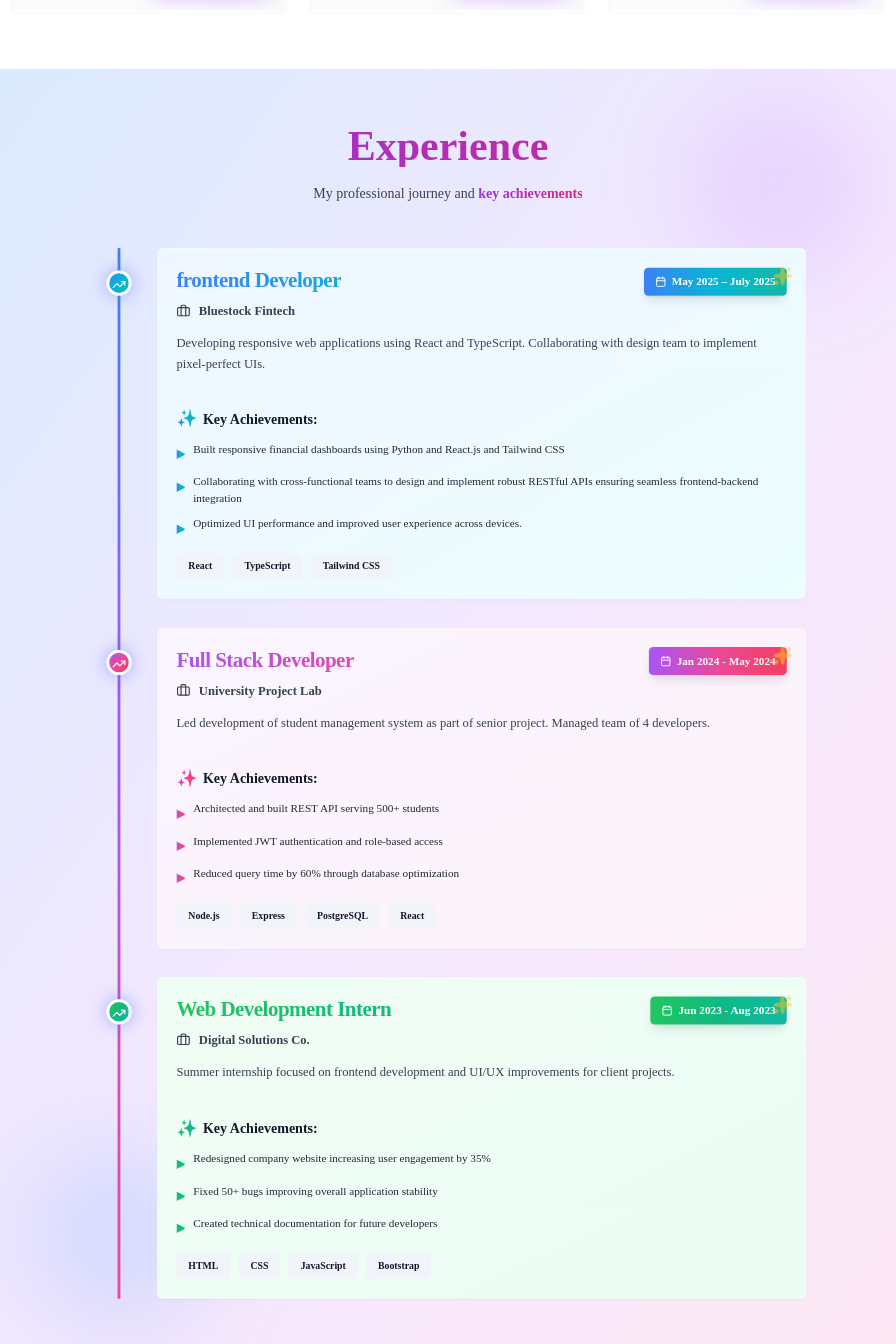
Repository: sm6746/PORTFOLIO
Page: /
The author's editor kept a copy of each file at every save. The page is drawn from the files as they stood at one save, then again after the next save.
The browser window is 1280 px wide. The pictures show the part of the page from y = 3888 to 5808 px (the page is 8311 px tall), at 70% of full size.
The project was rebuilt for these pictures with package versions that can differ from the ones it lists, and the page was loaded fresh each time. Also part of the build but not shown: vite.config.ts.

Above is the page before, as saved 2025-11-07 07:49:31.

### index.html
<!DOCTYPE html>
<html lang="en">
  <head>
    <meta charset="UTF-8" />
    <link rel="icon" type="image/svg+xml" href="/favicon.svg" />
    <meta name="viewport" content="width=device-width, initial-scale=1.0" />
    <title>Portfolio</title>
  </head>
  <body>
    <div id="root"></div>
    <script type="module" src="/app/main.tsx"></script>
  </body>
</html>

### app/main.tsx
import React from 'react'
import ReactDOM from 'react-dom/client'
import App from './app'
import './globals.css'

ReactDOM.createRoot(document.getElementById('root')!).render(
  <React.StrictMode>
    <App />
  </React.StrictMode>,
)

### app/app.tsx
import { ThemeProvider } from '@/lib/theme-context';
import { Header } from '@/components/header';
import { HeroSection } from '@/components/hero-section';
import { AboutSection } from '@/components/about-section';
import { SkillsSection } from '@/components/skills-section';
import { ProjectsSection } from '@/components/projects-section';
import { ExperienceSection } from '@/components/experience-section';
import { CertificationsSection } from '@/components/certifications-section';
import { ContactSection } from '@/components/contact-section';
import { Footer } from '@/components/footer';
import { ScrollToTop } from '@/components/scroll-to-top';

function App() {
  return (
    <ThemeProvider>
      <div className="min-h-screen bg-white dark:bg-gray-900 transition-colors duration-300">
        <Header />
        <main>
          <HeroSection />
          <AboutSection />
          <SkillsSection />
          <ProjectsSection />
          <ExperienceSection />
          <CertificationsSection />
          <ContactSection />
        </main>
        <Footer />
        <ScrollToTop />
      </div>
    </ThemeProvider>
  );
}

export default App;

### lib/theme-context.tsx
import React, { createContext, useContext, useEffect, useState } from 'react';

type Theme = 'light' | 'dark';

type ThemeContextType = {
  theme: Theme;
  toggleTheme: () => void;
};

const ThemeContext = createContext<ThemeContextType | undefined>(undefined);

export function ThemeProvider({ children }: { children: React.ReactNode }) {
  const [theme, setTheme] = useState<Theme>(() => {
    const stored = localStorage.getItem('portfolio-theme');
    return (stored as Theme) || 'light';
  });

  useEffect(() => {
    localStorage.setItem('portfolio-theme', theme);
    document.documentElement.classList.toggle('dark', theme === 'dark');
  }, [theme]);

  const toggleTheme = () => {
    setTheme(prev => (prev === 'light' ? 'dark' : 'light'));
  };

  return (
    <ThemeContext.Provider value={{ theme, toggleTheme }}>
      {children}
    </ThemeContext.Provider>
  );
}

export function useTheme() {
  const context = useContext(ThemeContext);
  if (!context) {
    throw new Error('useTheme must be used within ThemeProvider');
  }
  return context;
}

### components/experience-section.tsx
import { Card, CardContent, CardHeader, CardTitle } from '@/components/ui/card';
import { Badge } from '@/components/ui/badge';
import { Briefcase, Calendar, Sparkles, TrendingUp } from 'lucide-react';
import { useScrollAnimation } from '@/hooks/use-scroll-animation';

export function ExperienceSection() {
  const { ref, isVisible } = useScrollAnimation();

  const experiences = [
    {
      title: 'frontend Developer ',
      company: 'Bluestock Fintech',
      period: 'May 2025 – July 2025',
      description: 'Developing responsive web applications using React and TypeScript. Collaborating with design team to implement pixel-perfect UIs.',
      achievements: [
        ' Built responsive financial dashboards using Python and React.js and Tailwind CSS',
        'Collaborating with cross-functional teams to design and implement robust RESTful APIs ensuring seamless frontend-backend integration',
        'Optimized UI performance and improved user experience across devices.',

      ],
      tags: ['React', 'TypeScript', 'Tailwind CSS'],
      gradient: 'from-blue-500 via-cyan-500 to-teal-500',
      bgGradient: 'from-blue-50 to-cyan-50 dark:from-blue-950/50 dark:to-cyan-950/50',
    },
    {
      title: 'Full Stack Developer',
      company: 'University Project Lab',
      period: 'Jan 2024 - May 2024',
      description: 'Led development of student management system as part of senior project. Managed team of 4 developers.',
      achievements: [
        'Architected and built REST API serving 500+ students',
        'Implemented JWT authentication and role-based access',
        'Reduced query time by 60% through database optimization',
      ],
      tags: ['Node.js', 'Express', 'PostgreSQL', 'React'],
      gradient: 'from-purple-500 via-pink-500 to-rose-500',
      bgGradient: 'from-purple-50 to-pink-50 dark:from-purple-950/50 dark:to-pink-950/50',
    },
    {
      title: 'Web Development Intern',
      company: 'Digital Solutions Co.',
      period: 'Jun 2023 - Aug 2023',
      description: 'Summer internship focused on frontend development and UI/UX improvements for client projects.',
      achievements: [
        'Redesigned company website increasing user engagement by 35%',
        'Fixed 50+ bugs improving overall application stability',
        'Created technical documentation for future developers',
      ],
      tags: ['HTML', 'CSS', 'JavaScript', 'Bootstrap'],
      gradient: 'from-green-500 via-emerald-500 to-teal-500',
      bgGradient: 'from-green-50 to-emerald-50 dark:from-green-950/50 dark:to-emerald-950/50',
    },
  ];

  return (
    <section
      id="experience"
      ref={ref as React.RefObject<HTMLElement>}
      className="py-20 bg-gradient-to-br from-blue-100 via-purple-100 to-pink-100 dark:from-gray-800 dark:via-purple-900/10 dark:to-blue-900/10 relative overflow-hidden"
    >
      <div className="absolute top-10 right-10 w-64 h-64 bg-purple-400/20 rounded-full blur-3xl"></div>
      <div className="absolute bottom-10 left-10 w-64 h-64 bg-blue-400/20 rounded-full blur-3xl"></div>

      <div className="container mx-auto px-4 relative z-10">
        <div
          className={`transition-all duration-1000 ${
            isVisible ? 'opacity-100 translate-y-0' : 'opacity-0 translate-y-10'
          }`}
        >
          <h2 className="text-5xl md:text-6xl font-extrabold text-center mb-6 bg-gradient-to-r from-blue-600 via-purple-600 to-pink-600 dark:from-blue-400 dark:via-purple-400 dark:to-pink-400 bg-clip-text text-transparent animate-gradient">
            Experience
          </h2>
          <p className="text-center text-gray-700 dark:text-gray-300 mb-16 text-xl font-medium">
            My professional journey and <span className="text-transparent bg-clip-text bg-gradient-to-r from-purple-600 to-pink-600 font-bold">key achievements</span>
          </p>

          <div className="max-w-5xl mx-auto relative">
            <div className="absolute left-10 top-0 bottom-0 w-1 bg-gradient-to-b from-blue-500 via-purple-500 to-pink-500 hidden md:block shadow-lg"></div>

            <div className="space-y-10">
              {experiences.map((exp, index) => (
                <div
                  key={index}
                  className={`relative transition-all duration-1000 ${
                    isVisible ? 'opacity-100 translate-x-0' : 'opacity-0 -translate-x-10'
                  }`}
                  style={{ transitionDelay: `${index * 250}ms` }}
                >
                  <div className={`hidden md:block absolute left-6 top-8 w-9 h-9 rounded-full bg-gradient-to-br ${exp.gradient} border-4 border-white dark:border-gray-800 shadow-xl animate-pulse-glow z-10`}>
                    <TrendingUp className="h-5 w-5 text-white m-auto mt-1.5" />
                  </div>

                  <Card className={`md:ml-24 hover:shadow-2xl transition-all duration-500 transform hover:-translate-y-3 hover:scale-105 border-4 border-transparent hover:border-current bg-gradient-to-br ${exp.bgGradient} overflow-hidden`}>
                    <div className={`absolute inset-0 bg-gradient-to-br ${exp.gradient} opacity-0 group-hover:opacity-10 transition-opacity duration-500`}></div>
                    <CardHeader className="relative">
                      <div className="flex flex-wrap items-start justify-between gap-4 mb-3">
                        <div className="flex-1">
                          <CardTitle className={`text-3xl font-black mb-3 bg-gradient-to-r ${exp.gradient} bg-clip-text text-transparent`}>
                            {exp.title}
                          </CardTitle>
                          <div className="flex items-center gap-3 text-gray-700 dark:text-gray-300">
                            <Briefcase className="h-5 w-5" />
                            <span className="font-bold text-lg">{exp.company}</span>
                          </div>
                        </div>
                        <Badge variant="outline" className={`flex items-center gap-2 px-4 py-2 border-3 bg-gradient-to-r ${exp.gradient} text-white font-bold text-base shadow-lg`}>
                          <Calendar className="h-4 w-4" />
                          {exp.period}
                        </Badge>
                      </div>
                      <p className="text-gray-700 dark:text-gray-300 text-lg leading-relaxed">{exp.description}</p>
                      <Sparkles className="absolute top-4 right-4 h-7 w-7 text-yellow-400 fill-yellow-400 animate-pulse" />
                    </CardHeader>
                    <CardContent className="p-6 relative">
                      <h4 className="font-black mb-4 text-gray-900 dark:text-gray-100 text-xl flex items-center gap-2">
                        <span className={`text-2xl bg-gradient-to-r ${exp.gradient} bg-clip-text text-transparent`}>✨</span>
                        Key Achievements:
                      </h4>
                      <ul className="space-y-3 mb-5">
                        {exp.achievements.map((achievement, idx) => (
                          <li key={idx} className="flex items-start gap-3 text-gray-800 dark:text-gray-200 text-base">
                            <span className={`text-2xl font-bold bg-gradient-to-r ${exp.gradient} bg-clip-text text-transparent mt-0.5`}>▸</span>
                            <span>{achievement}</span>
                          </li>
                        ))}
                      </ul>
                      <div className="flex flex-wrap gap-3">
                        {exp.tags.map((tag, tagIndex) => (
                          <Badge key={tagIndex} variant="secondary" className="text-sm font-bold px-4 py-2 hover:scale-110 transition-transform">
                            {tag}
                          </Badge>
                        ))}
                      </div>
                    </CardContent>
                  </Card>
                </div>
              ))}
            </div>
          </div>
        </div>
      </div>
    </section>
  );
}

### components/footer.tsx
import { Github, Linkedin, Mail } from 'lucide-react';
import { Button } from '@/components/ui/button';

export function Footer() {
  return (
    <footer className="py-12 bg-gray-900 text-white">
      <div className="container mx-auto px-4">
        <div className="flex flex-col items-center gap-6">
          <div className="text-3xl font-bold bg-gradient-to-r from-blue-400 to-purple-400 bg-clip-text text-transparent">
            SHIVANI MEHRA
          </div>
          <p className="text-gray-400 text-center max-w-md">
            Building the future, one line of code at a time. Let's create something amazing together.
          </p>
          <div className="flex gap-4">
            <Button
              variant="ghost"
              size="icon"
              className="rounded-full hover:bg-blue-600/20 text-gray-300 hover:text-white transition-all"
            >
              <a
              href="https://github.com/sm6746"
              target="_blank"
              rel="noopener noreferrer"
            >
              <Github className="h-5 w-5" />
              </a>
            </Button>
            <Button
              variant="ghost"
              size="icon"
              className="rounded-full hover:bg-blue-600/20 text-gray-300 hover:text-white transition-all"
            >
              <a
              href="https://www.linkedin.com/in/shivani-mehra-/"
              target="_blank"
              rel="noopener noreferrer"
            >
              <Linkedin className="h-7 w-7" />
              </a>
            </Button>
            <Button
              variant="ghost"
              size="icon"
              className="rounded-full hover:bg-blue-600/20 text-gray-300 hover:text-white transition-all"
            >
              <a
              href="https://mail.google.com/mail/?view=cm&fs=1&to=shivanimehra22may@gmail.com"
              target="_blank"
              rel="noopener noreferrer"
            >
               <Mail className="h-5 w-5" />
              </a>

            </Button>
          </div>
          <div className="border-t border-gray-800 pt-6 w-full text-center">
            <p className="text-gray-500 text-sm">

            </p>
          </div>
        </div>
      </div>
    </footer>
  );
}

### components/scroll-to-top.tsx
import { Button } from '@/components/ui/button';
import { ArrowUp } from 'lucide-react';
import { useEffect, useState } from 'react';

export function ScrollToTop() {
  const [isVisible, setIsVisible] = useState(false);

  useEffect(() => {
    const toggleVisibility = () => {
      setIsVisible(window.scrollY > 500);
    };

    window.addEventListener('scroll', toggleVisibility);
    return () => window.removeEventListener('scroll', toggleVisibility);
  }, []);

  const scrollToTop = () => {
    window.scrollTo({ top: 0, behavior: 'smooth' });
  };

  if (!isVisible) return null;

  return (
    <Button
      onClick={scrollToTop}
      size="icon"
      className="fixed bottom-8 right-8 z-50 rounded-full shadow-lg bg-gradient-to-r from-blue-600 to-purple-600 hover:from-blue-700 hover:to-purple-700 animate-bounce"
    >
      <ArrowUp className="h-5 w-5" />
    </Button>
  );
}

### components/ui/button.tsx
import * as React from "react"
import { Slot } from "@radix-ui/react-slot"
import { cva, type VariantProps } from "class-variance-authority"

import { cn } from "@/lib/utlis"

const buttonVariants = cva(
  "inline-flex items-center justify-center gap-2 whitespace-nowrap rounded-md text-sm font-medium transition-colors focus-visible:outline-none focus-visible:ring-1 focus-visible:ring-ring disabled:pointer-events-none disabled:opacity-50 [&_svg]:pointer-events-none [&_svg]:size-4 [&_svg]:shrink-0",
  {
    variants: {
      variant: {
        default:
          "bg-primary text-primary-foreground shadow hover:bg-primary/90",
        destructive:
          "bg-destructive text-destructive-foreground shadow-sm hover:bg-destructive/90",
        outline:
          "border border-input bg-background shadow-sm hover:bg-accent hover:text-accent-foreground",
        secondary:
          "bg-secondary text-secondary-foreground shadow-sm hover:bg-secondary/80",
        ghost: "hover:bg-accent hover:text-accent-foreground",
        link: "text-primary underline-offset-4 hover:underline",
      },
      size: {
        default: "h-9 px-4 py-2",
        sm: "h-8 rounded-md px-3 text-xs",
        lg: "h-10 rounded-md px-8",
        icon: "h-9 w-9",
      },
    },
    defaultVariants: {
      variant: "default",
      size: "default",
    },
  }
)

export interface ButtonProps
  extends React.ButtonHTMLAttributes<HTMLButtonElement>,
    VariantProps<typeof buttonVariants> {
  asChild?: boolean
}

const Button = React.forwardRef<HTMLButtonElement, ButtonProps>(
  ({ className, variant, size, asChild = false, ...props }, ref) => {
    const Comp = asChild ? Slot : "button"
    return (
      <Comp
        className={cn(buttonVariants({ variant, size, className }))}
        ref={ref}
        {...props}
      />
    )
  }
)
Button.displayName = "Button"

export { Button, buttonVariants }

### hooks/use-scroll-animation.ts
import { useEffect, useRef, useState } from 'react';

export function useScrollAnimation() {
  const ref = useRef<HTMLElement>(null);
  const [isVisible, setIsVisible] = useState(false);

  useEffect(() => {
    const observer = new IntersectionObserver(
      ([entry]) => {
        if (entry.isIntersecting) {
          setIsVisible(true);
        }
      },
      { threshold: 0.1 }
    );

    if (ref.current) {
      observer.observe(ref.current);
    }

    return () => {
      if (ref.current) {
        observer.unobserve(ref.current);
      }
    };
  }, []);

  return { ref, isVisible };
}

### components/ui/card.tsx
import * as React from "react"

import { cn } from "@/lib/utlis"

const Card = React.forwardRef<
  HTMLDivElement,
  React.HTMLAttributes<HTMLDivElement>
>(({ className, ...props }, ref) => (
  <div
    ref={ref}
    className={cn(
      "rounded-lg border bg-card text-card-foreground shadow-sm",
      className,
    )}
    {...props}
  />
))
Card.displayName = "Card"

const CardHeader = React.forwardRef<
  HTMLDivElement,
  React.HTMLAttributes<HTMLDivElement>
>(({ className, ...props }, ref) => (
  <div
    ref={ref}
    className={cn("flex flex-col space-y-1.5 p-6", className)}
    {...props}
  />
))
CardHeader.displayName = "CardHeader"

const CardTitle = React.forwardRef<
  HTMLParagraphElement,
  React.HTMLAttributes<HTMLHeadingElement>
>(({ className, ...props }, ref) => (
  <h3
    ref={ref}
    className={cn(
      "text-2xl font-semibold leading-none tracking-tight",
      className,
    )}
    {...props}
  />
))
CardTitle.displayName = "CardTitle"

const CardDescription = React.forwardRef<
  HTMLParagraphElement,
  React.HTMLAttributes<HTMLParagraphElement>
>(({ className, ...props }, ref) => (
  <p
    ref={ref}
    className={cn("text-sm text-muted-foreground", className)}
    {...props}
  />
))
CardDescription.displayName = "CardDescription"

const CardContent = React.forwardRef<
  HTMLDivElement,
  React.HTMLAttributes<HTMLDivElement>
>(({ className, ...props }, ref) => (
  <div ref={ref} className={cn("p-6 pt-0", className)} {...props} />
))
CardContent.displayName = "CardContent"

const CardFooter = React.forwardRef<
  HTMLDivElement,
  React.HTMLAttributes<HTMLDivElement>
>(({ className, ...props }, ref) => (
  <div
    ref={ref}
    className={cn("flex items-center p-6 pt-0", className)}
    {...props}
  />
))
CardFooter.displayName = "CardFooter"

export { Card, CardHeader, CardFooter, CardTitle, CardDescription, CardContent }

### components/ui/badge.tsx
import * as React from "react"
import { cva, type VariantProps } from "class-variance-authority"

import { cn } from "@/lib/utlis"

const badgeVariants = cva(
  "inline-flex items-center rounded-md border px-2.5 py-0.5 text-xs font-semibold transition-colors focus:outline-none focus:ring-2 focus:ring-ring focus:ring-offset-2",
  {
    variants: {
      variant: {
        default:
          "border-transparent bg-primary text-primary-foreground shadow hover:bg-primary/80",
        secondary:
          "border-transparent bg-secondary text-secondary-foreground hover:bg-secondary/80",
        destructive:
          "border-transparent bg-destructive text-destructive-foreground shadow hover:bg-destructive/80",
        outline: "text-foreground",
      },
    },
    defaultVariants: {
      variant: "default",
    },
  }
)

export interface BadgeProps
  extends React.HTMLAttributes<HTMLDivElement>,
    VariantProps<typeof badgeVariants> {}

function Badge({ className, variant, ...props }: BadgeProps) {
  return (
    <div className={cn(badgeVariants({ variant }), className)} {...props} />
  )
}

export { Badge, badgeVariants }

### components/ui/input.tsx
import * as React from "react"

import { cn } from "@/lib/utlis"

const Input = React.forwardRef<HTMLInputElement, React.ComponentProps<"input">>(
  ({ className, type, ...props }, ref) => {
    return (
      <input
        type={type}
        className={cn(
          "flex h-9 w-full rounded-md border border-input bg-transparent px-3 py-1 text-base shadow-sm transition-colors file:border-0 file:bg-transparent file:text-sm file:font-medium file:text-foreground placeholder:text-muted-foreground focus-visible:outline-none focus-visible:ring-1 focus-visible:ring-ring disabled:cursor-not-allowed disabled:opacity-50 md:text-sm",
          className
        )}
        ref={ref}
        {...props}
      />
    )
  }
)
Input.displayName = "Input"

export { Input }

### components/ui/textarea.tsx
import * as React from "react"

import { cn } from "@/lib/utlis"

const Textarea = React.forwardRef<
  HTMLTextAreaElement,
  React.ComponentProps<"textarea">
>(({ className, ...props }, ref) => {
  return (
    <textarea
      className={cn(
        "flex min-h-[60px] w-full rounded-md border border-input bg-transparent px-3 py-2 text-base shadow-sm placeholder:text-muted-foreground focus-visible:outline-none focus-visible:ring-1 focus-visible:ring-ring disabled:cursor-not-allowed disabled:opacity-50 md:text-sm",
        className
      )}
      ref={ref}
      {...props}
    />
  )
})
Textarea.displayName = "Textarea"

export { Textarea }

Loaded but not shown: lib/utlis.tsx (common file); tailwind.config.js (62 lines, source omitted); components/projects-section.tsx (180 lines, source omitted); components/contact-section.tsx (144 lines, source omitted); components/certifications-section.tsx (150 lines, source omitted); components/hero-section.tsx (124 lines, source omitted); components/about-section.tsx (79 lines, source omitted); components/skills-section.tsx (112 lines, source omitted); components/header.tsx (82 lines, source omitted); app/globals.css (115 lines, source omitted)

After the next save:
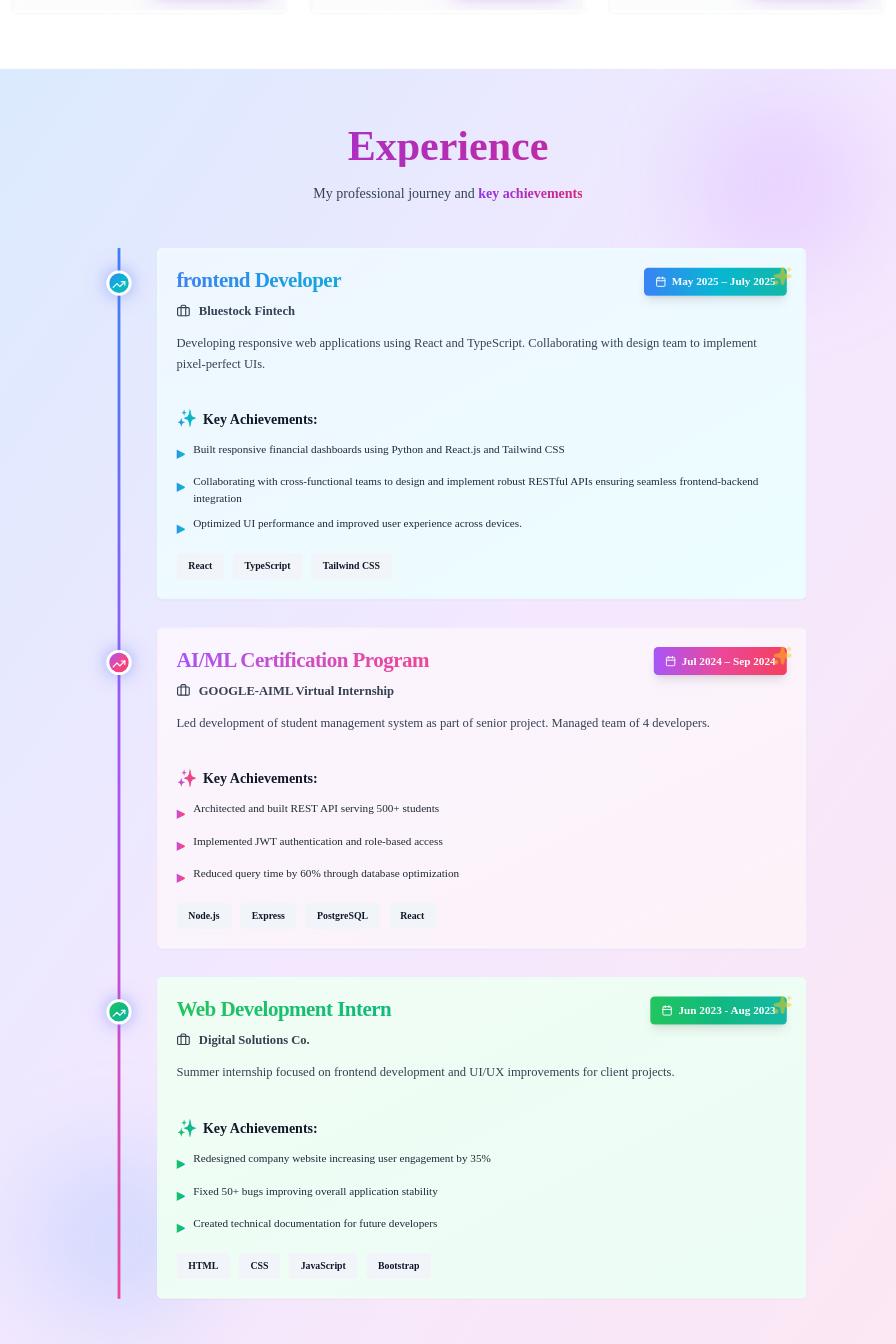
Saved 115 s later.
--- a/components/experience-section.tsx
+++ b/components/experience-section.tsx
@@ -23,9 +23,9 @@ export function ExperienceSection() {
       bgGradient: 'from-blue-50 to-cyan-50 dark:from-blue-950/50 dark:to-cyan-950/50',
     },
     {
-      title: 'Full Stack Developer',
-      company: 'University Project Lab',
-      period: 'Jan 2024 - May 2024',
+      title: 'AI/ML Certification Program',
+      company: 'GOOGLE-AIML Virtual Internship',
+      period: 'Jul 2024 – Sep 2024',
       description: 'Led development of student management system as part of senior project. Managed team of 4 developers.',
       achievements: [
         'Architected and built REST API serving 500+ students',
